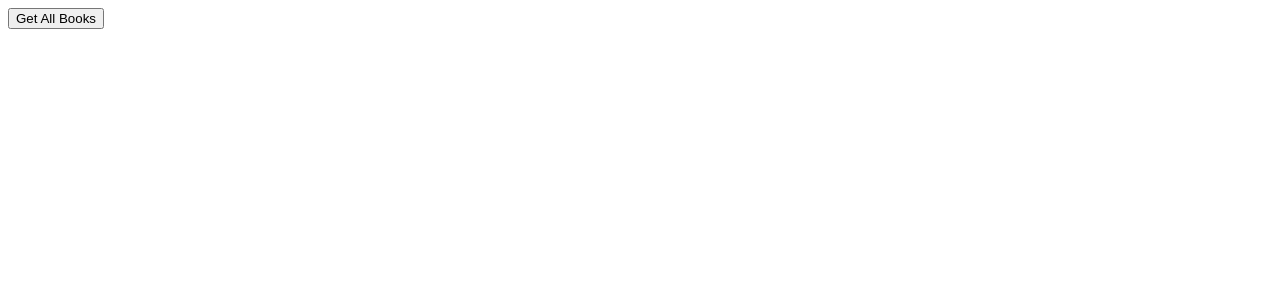
Repository: PranavDwagh/Spring-Boot-MVC-and-RestAPI
Page: GroceryAssignmentRestAPI/src/main/resources/static/jq.html
The author's editor kept a copy of each file at every save. The page is drawn from the files as they stood at one save, then again after the next save.
The browser window is 1280 px wide. The pictures show the whole page.

Above is the page before, as saved 2022-02-01 14:34:46.

### GroceryAssignmentRestAPI/src/main/resources/static/jq.html
<!DOCTYPE html>
<html lang="en">
<head>
    <script src="https://ajax.googleapis.com/ajax/libs/jquery/3.5.1/jquery.js"></script>
    <script>
        $(document).ready(()=>{
            $("#b1").click(()=>{
                $.ajax({
                    url:'/grocery/getAll',
                    type:"GET",
                    success:function(data)
                    {
                        var obj = JSON.stringify(data)
                        $("#dis").text(obj);
                    }

                })
            })
        })
    </script>

</head>
<body>
    <button id="b1">Get All Books</button>
    <span id="dis"></span>
</body>
</html>

After the next save:
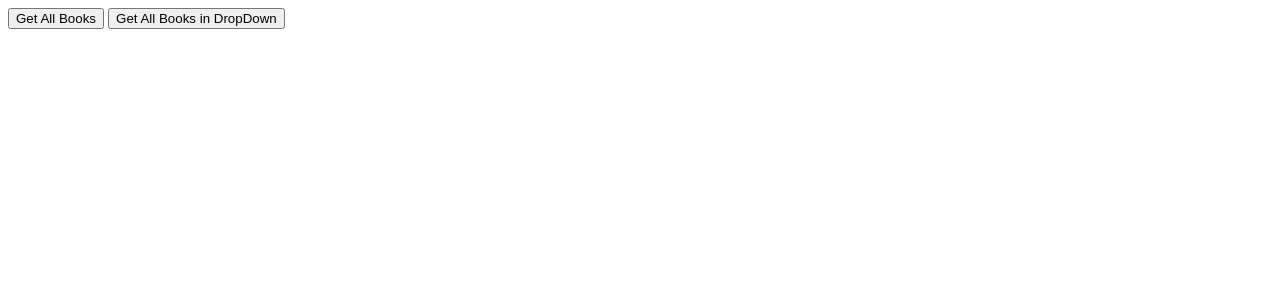
Saved 15 min 14 s later.
--- a/GroceryAssignmentRestAPI/src/main/resources/static/jq.html
+++ b/GroceryAssignmentRestAPI/src/main/resources/static/jq.html
@@ -11,9 +11,26 @@
                     success:function(data)
                     {
                         var obj = JSON.stringify(data)
-                        $("#dis").text(obj);
+                        $("#dis").html(obj);
                     }
+                })
+            })
 
+            $("#b2").click(()=>{
+
+                $.ajax({
+                    url:'/grocery/getAll',
+                    type:"GET",
+                    success:function(data)
+                    {
+                        $("#dis").html('');
+                        var s = $("<select></select>");
+                        for(var i=0; i<data.length;i++)
+                        {
+                            s.append(data[i].name)
+                        }
+                        $("#dis").append(s);
+                    }
                 })
             })
         })
@@ -22,6 +39,7 @@
 </head>
 <body>
     <button id="b1">Get All Books</button>
-    <span id="dis"></span>
+    <button id="b2">Get All Books in DropDown</button>
+    <p id="dis"></p>
 </body>
 </html>
